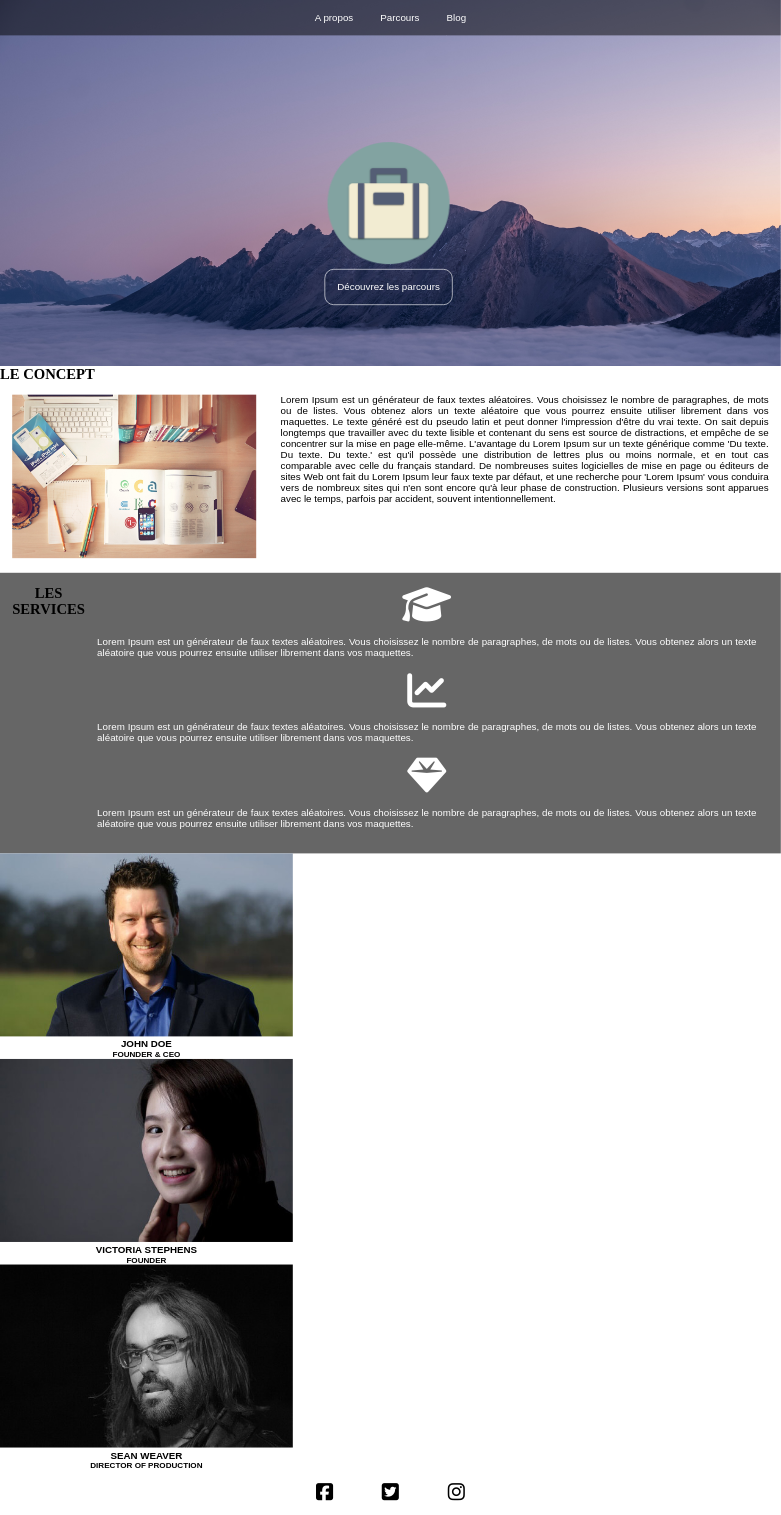
Repository: georeyff/WordPressThemes
Page: agenceVoyageInitial/index.html
These files come from the project's save history. The page is drawn as it stood at one moment and after the next save; the edit follows.
The browser window is 1280 px wide. The pictures show the whole page, at 61% of full size.
Some web fonts or font styles are not loaded; a fallback is used. Some web libraries are served in a nearby version.

Above is the page before, as saved 2020-11-26 17:15:10.

### agenceVoyageInitial/index.html
<!DOCTYPE html>

<html>

  <head>
    <meta name="viewport" content="width=device-width, initial-scale=1, maximum-scale=1">
    <!-- Global site tag (gtag.js) - Google Analytics -->
    <script async src="https://www.googletagmanager.com/gtag/js?id=UA-117493411-1"></script>
    <title>Agence de voyages</title>
    <link rel="stylesheet" type="text/css" href="style.css">

    <meta charset="utf-8">


    <link href="https://fonts.googleapis.com/css?family=Lobster" rel="stylesheet">
  <script src="https://kit.fontawesome.com/00a3624a11.js" crossorigin="anonymous"></script>
  </head>

  <body>

    <section id="hero">
      <nav>
        <a href="#" target="_blank">A propos</a>
        <a href="#" target="_blank">Parcours</a>
        <a href="#" target="_blank">Blog</a>
      </nav><!--Ici, on referme la balise nav-->
      <div id="bandeau">
        <div id="contenu">
          <div class="contenu-logo">
            <img src="logo-valise.png" alt="logo Agence de Voyages" width="200px"/>
          </div>
          <div class="contenu-cta">
            <a href="#">Découvrez les parcours</a>
          </div>

        </div><!--Ici, on referme la div contenu-->
      </div><!-- Ici, on referme la div bandeau-->

    </section><!--Ici, on referme la balise section-->

    <section id="apropos-section">
        <h2>LE CONCEPT</h2>
        <div id="apropos">
          <div id="apropos_image">

            <img src="images/office.jpg" alt="bureau"/>

           </div><!-- Referme apropos_image-->
            <div id="apropos_texte">
             <p>
               Lorem Ipsum est un générateur de faux textes aléatoires. Vous choisissez le nombre de paragraphes, de mots ou de listes. Vous obtenez alors un texte aléatoire que vous pourrez ensuite utiliser librement dans vos maquettes. Le texte généré est du pseudo latin et peut donner l'impression d'être du vrai texte. On sait depuis longtemps que travailler avec du texte lisible et contenant du sens est source de distractions, et empêche de se concentrer sur la mise en page elle-même. L'avantage du Lorem Ipsum sur un texte générique comme 'Du texte. Du texte. Du texte.' est qu'il possède une distribution de lettres plus ou moins normale, et en tout cas comparable avec celle du français standard. De nombreuses suites logicielles de mise en page ou éditeurs de sites Web ont fait du Lorem Ipsum leur faux texte par défaut, et une recherche pour 'Lorem Ipsum' vous conduira vers de nombreux sites qui n'en sont encore qu'à leur phase de construction. Plusieurs versions sont apparues avec le temps, parfois par accident, souvent intentionnellement.
             </p>
           </div><!-- Referme apropos_texte -->
        </div>
    </section><!--Ici, on referme la section apropos-->

    <section id="services">
      <h2>LES SERVICES</h2>
      <div id="services-section">
        <div class="services_item">
          <i class="fas fa-graduation-cap fa-4x"></i>
          <p>
            Lorem Ipsum est un générateur de faux textes aléatoires. Vous choisissez le nombre de paragraphes, de mots ou de listes. Vous obtenez alors un texte aléatoire que vous pourrez ensuite utiliser librement dans vos maquettes.
          </p>
        </div><!-- Referme services_item -->
        <div class="services_item">
          <i class="fas fa-chart-line fa-4x"></i>
          <p>
            Lorem Ipsum est un générateur de faux textes aléatoires. Vous choisissez le nombre de paragraphes, de mots ou de listes. Vous obtenez alors un texte aléatoire que vous pourrez ensuite utiliser librement dans vos maquettes.
          </p>
        </div><!-- Referme services_item -->
        <div class="services_item">
          <i class="fas fa-gem fa-4x"></i>
          <p>
            Lorem Ipsum est un générateur de faux textes aléatoires. Vous choisissez le nombre de paragraphes, de mots ou de listes. Vous obtenez alors un texte aléatoire que vous pourrez ensuite utiliser librement dans vos maquettes.
        </div><!-- Referme services_item -->
      </div>

    </section><!--Ici, on referme la section services-->
    <section id="team">
      <div id="team-section">
        <div class="team_item">
          <img src="team1.jpg">
          <h4>JOHN DOE</h4>
          <h5>FOUNDER & CEO</h5>
        </div><!-- Referme services_item -->
        <div class="team_item">
          <img src="team2.jpg">
          <h4>VICTORIA STEPHENS</h4>
          <h5>FOUNDER</h5>
        </div><!-- Referme services_item -->
        <div class="team_item">
          <img src="team3.jpg">
          <h4>SEAN WEAVER</h4>
          <h5>DIRECTOR OF PRODUCTION</h5>
        </div><!-- Referme services_item -->
      </div>

    </section><!--Ici, on referme la section services-->



    <footer>
      <div class="social">
        <a href="http://facebook.fr" target="_blank"><i class="fab fa-facebook-square fa-2x"></i></a>
      </div>
       <div class="social">
        <a href="http://twitter.fr" target="_blank"><i class="fab fa-twitter-square fa-2x"></i></a>
      </div>
      <div class="social">
        <a href="http://instagram.fr" target="_blank"><i class="fab fa-instagram fa-2x"></i></a>
      </div>
    </footer><!--Ici, on referme la balise footer-->






<!-- MODAL -->
<div id="leadModal" class="modal">

  <!-- BLOC CENTRAL -->
  <div class="modalBloc">
    <!-- Une icône -->
    <div class="modalIcon">
      <i class="fas fa-mug-hot fa-9x"></i>
    </div>
    <!-- Titre - Image - Sous-titre -->
    <div class="modalText">
      <h4 class="modalTextTitle">Continuez la lecture</h4>
      <img src="./images/seo.jpg">
      <h5 class="modalTextSubtitle">
        Prochain article : les 5 outils clés du SEO
      </h5>
    </div>
    <div class="modalBtn">
      <a href="#">Je continue</a>

      <a href="#" id="btnNo">Non merci, je ne préfère pas savoir</a>

    </div>
  </div><!-- Ici on referme modalBloc -->

</div><!-- Ici on referme leadModal -->




  <!-- BLOC FOND BLANC -->
<!--   <div class="modalMessage">
    <div class="modalIcon">
      <i class="fas fa-mug-hot fa-9x"></i>
    </div>
    <div class="modalText">
      <h4 class="modalTextTitle">Continuez la lecture</h4>
      <img src="./images/seo.jpg" width="300">
      <h5 class="modalTextSubtitle">Prochain article : les 5 outils clés du SEO</h5>
    </div>
    <div class="modalBtn">
      <a href="#">Je continue</a>
      <a href="#">Non merci, je ne préfère pas savoir</a>
    </div>

    <span class="close">&times;</span>
  </div> -->
<!-- SCRIPT POUR DECLENCHER UNE BOITE DE DIALOGUE + REDIRECTION -->
<!-- <script type="text/javascript">
  console.log('test depuis ligne 169');
  window.alert('Etes-vous sûr ?');
  window.location.href='http://someplace.com';
</script> -->



  <!-- <script src="script.js"></script> -->

  </body>

</html>

### agenceVoyageInitial/style.css
*{
  margin:0;
  padding:0;
}
@font-face {
    font-family: 'lunaregular';
    src: url('./fonts/luna-webfont.woff2') format('woff2'),
         url('./fonts/luna-webfont.woff') format('woff'),
         url('./fonts/luna.ttf');
    font-weight: normal;
    font-style: normal;
}

html{
  font-family: 'arial';
  font-size: 16px;
}

h1{
  color: black;/*rgb(0,0,0) ou #000 */
  font-size: 24px;
  font-family: 'lunaregular';
}
h2{
  color: black;
  font-family: 'Lobster', cursive;
}
h3{
  color: black;
}
a{
  color: white;
  text-decoration: none;
  padding : 20px;
}

#hero{
  background: url('images/bg.jpg');
  background-repeat: no-repeat;
  background-size: cover;
  /*height: 100%;pour prendre en compte les dimensions de padding à l'intérieur de cette grande DIV*/

  height: 600px;
  position: relative;

}

nav{
  background-color: rgba(0,0,0,0.5);
  text-align: center;
  padding: 20px;
}

#bandeau{
  /* margin-top: 10%; /* 10% de la largeur de la fenêtre */
  /* margin-bottom: 10%; */
  position: absolute;
  bottom: 20%;
  left: 40%;
  /* line-height: 600px; */
  /* background-color: rgba(255,255,255,0.5); */
}
.contenu-logo{
  margin: 25px;
}
#contenu{
  text-align: center;
  /* padding: 10%;10% de la largeur de la fenêtre */
}
#contenu a{
  color : rgb(255, 255, 255);
  border : 1px solid rgb(255, 255, 255);
  border-radius: 15px;
  padding: 20px;
  transition: all 1s;
  -webkit-transform: rotate(20deg);
}
#contenu a:hover{
  color : rgb(255, 255, 255);
  border : 1px solid rgba(92, 92, 92, 0.8);
  background-color: rgba(92, 92, 92, 0.8); */
  -ms-transform: rotate(20deg); /* IE 9 */
  -webkit-transform: rotate(20deg); /* Safari */
  transform: rotate(20deg);
}

#apropos{
  background-color: white;
  display: flex;
}

#apropos_image{
  padding: 20px;
  flex: 1;
}

#apropos_texte{
  padding: 20px;
  flex: 2;
  text-align: justify;
}

#apropos_image img{
  flex:1;
  max-width: 100%;/*L'image prend au maximum la largeur de son contenant, soit 100% de 1/3*/
}
#services{
  display : flex;
  background-color: #666;
  color: white;
  padding : 20px;
  text-align: center;
}
.services_item p{
  text-align: justify;
  padding: 20px;
}
#team{
  display : flex;
  text-align: center;
}
.team_item{
  flex: 1;
}
.team_item img{
  width: 100%;
}
.team_item p{
  text-align: justify;
  padding: 20px;
}
#lead{
  display: flex;
  justify-content: center;
  background-color: #e74c3c;
  color: white;
}
#lead h2{
  color: white;
}
.form{
  padding: 20px;
}

footer{
  display: flex;
  justify-content: center;
}

footer a{
  color: black;
}

footer a:hover{
  color: #e74c3c;
}

.social{
  padding: 20px;
}



#mce-success-response{
  color: white!important;
}

/* Le modal*/
.modal {
  display: none;  /*Caché par défaut*/
  position: fixed; /* Nécessaire pour positionner la DIV au bon endroit */
  z-index: 1; /* Se place au-dessus */
  left: 0;/*Collé au bord gauche*/
  top: 0;/*Collé au bord haut*/



  /* Pour pouvoir faire défiler le contenu */
  overflow: auto;

  background-color: rgba(243,235,72, 0.76); /* Jaune avec une transparence */
  height: 100%; /* Pleine hauteur */
  width: 100%; /* Pleine largeur */
  z-index: 1; /* Se place au-dessus */


}



/* Le Bloc Central*/
.modalBloc{
  margin: 10% auto;
  padding: 20px;
  width: 50%;
  text-align: center;
  background-color: white;
  color: black;
  border-top: 10px solid black;
}

.modalTextTitle{
  font-size: 60px;
  font-family: 'Lobster', cursive;
}
.modalTextSubtitle{
  font-size: 20px;
}
.modalText img{
  width: 60%;
}


.modalBtn{
  margin: 5%;
}
.modalBtn a{
  color: white;
  background-color:black;
}
.modalBtn a:hover{
  opacity: 0.7;
}

@media screen and (max-width: 414px){
  /*ICI LES PRECEDENTES DECLARATIONS*/
  .modalTextTitle{
    font-size:40px;
  }
  .modalBtn a{
    display: block;
    margin-bottom: 5%;
  }


  #apropos{
   flex-direction: column;
  }/*Ici, on referme la déclaration #apropos*/
  #services{
    flex-direction: column;
  }/*Ici, on referme la déclaration #services*/



}/*Ici, on referme la media query*/

After the next save:
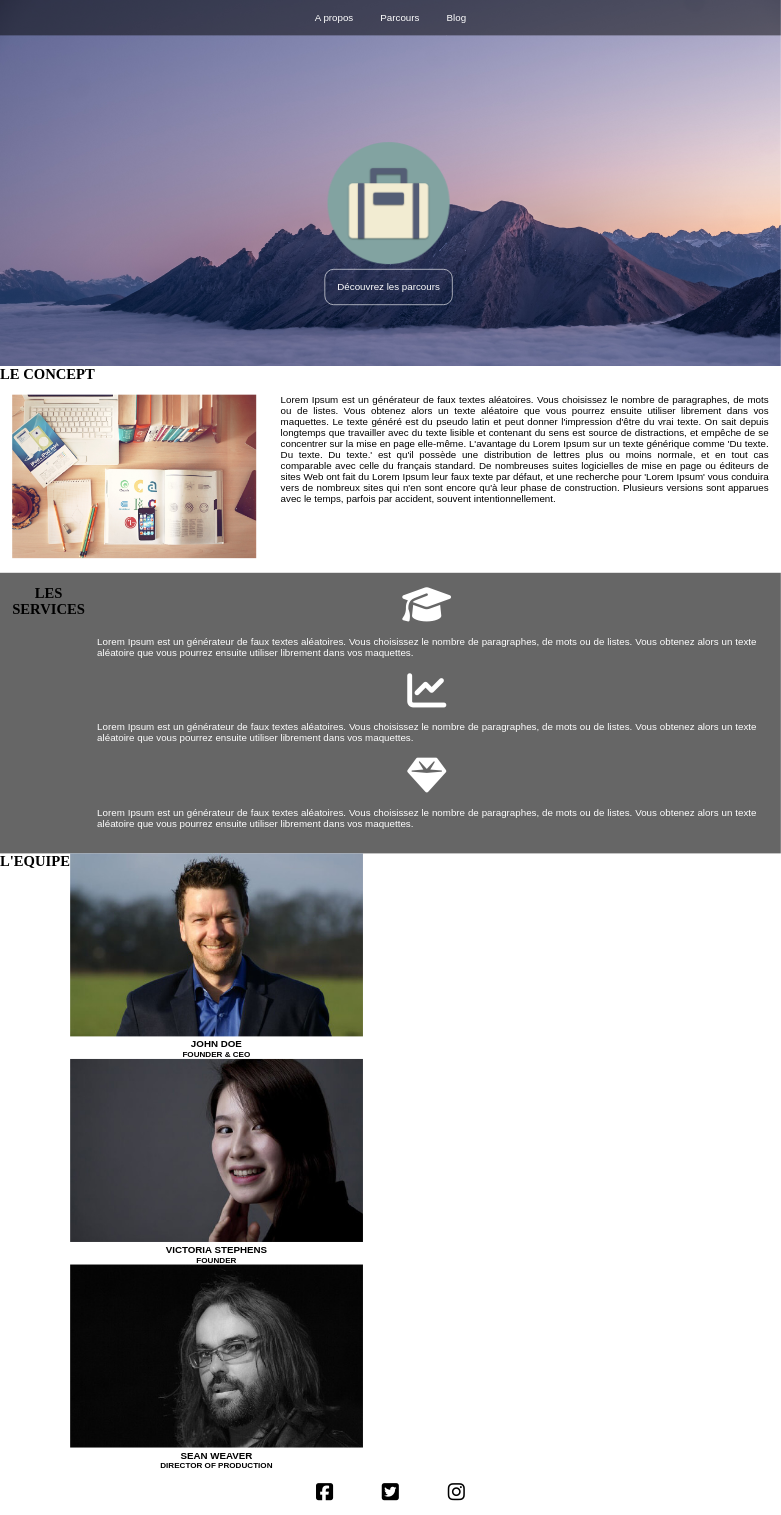
Saved 17 s later.
--- a/agenceVoyageInitial/index.html
+++ b/agenceVoyageInitial/index.html
@@ -78,6 +78,7 @@
 
     </section><!--Ici, on referme la section services-->
     <section id="team">
+      <h2>L'EQUIPE</h2>
       <div id="team-section">
         <div class="team_item">
           <img src="team1.jpg">
